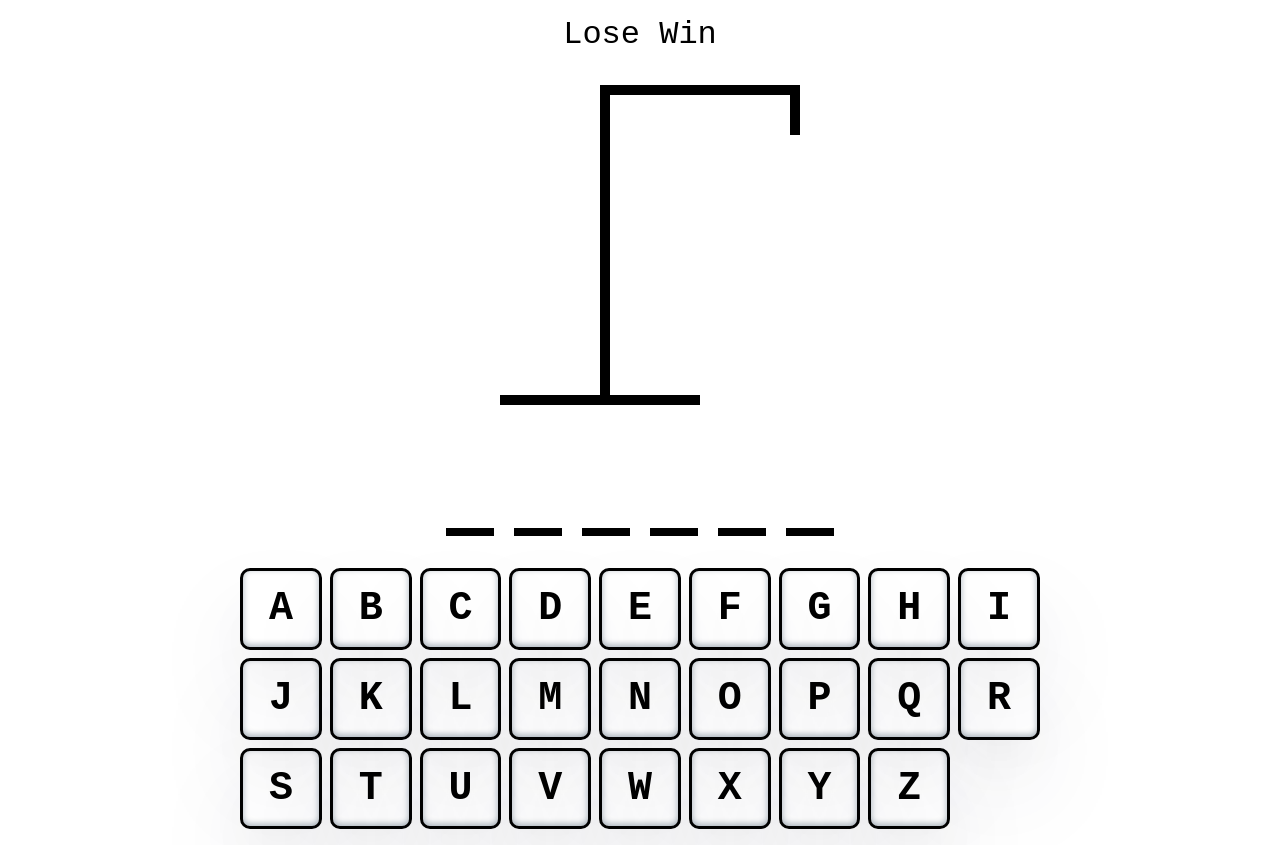
Repository: guilhermecardoso93/jogodaforca
Page: /
The author's editor kept a copy of each file at every save. The page is drawn from the files as they stood at one save, then again after the next save.
The browser window is 1280 px wide. The pictures show the whole page.
The project was rebuilt for these pictures with package versions that can differ from the ones it lists, and the page was loaded fresh each time. Also part of the build but not shown: vite.config.ts.

Above is the page before, as saved 2022-12-06 22:15:36.

After the next save:
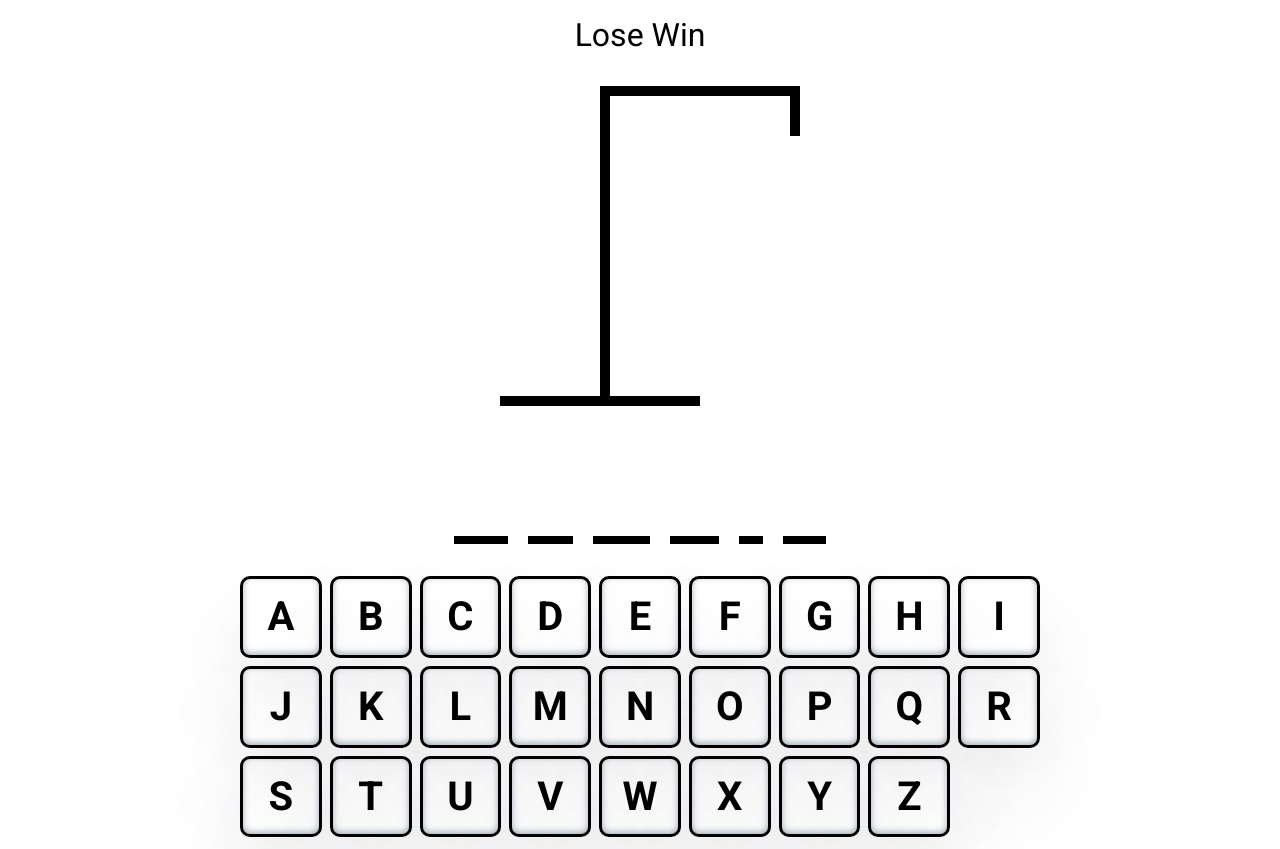
Saved 19 s later.
--- a/src/App.css
+++ b/src/App.css
@@ -2,7 +2,7 @@
   margin: 0;
   passing: 0;
   box-sizing: border-box;
-  font-family: monospace, sans-serif;
+  font-family: "Roboto", sans-serif;
 }
 
 body {
@@ -34,7 +34,7 @@ body {
 
 .HangmanWordContainer > span {
   border-bottom: 1rem solid black;
-  max-width: 4rem;
+  font-family: monospace, sans-serif;
 }
 
 .HangmanWordContainer .invisibleLetter {
